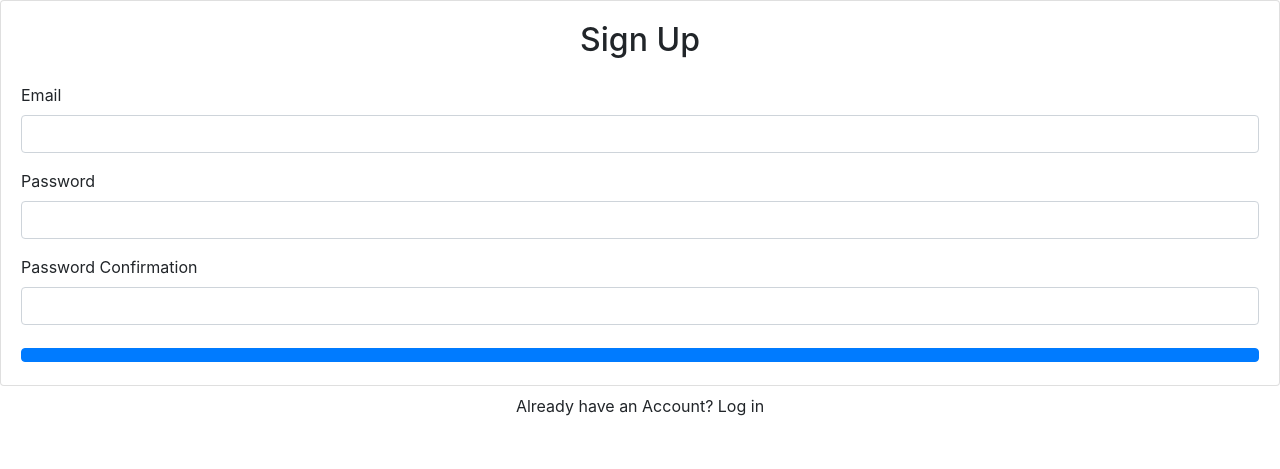
Repository: JonoBowenDev/firebase-tutorial
Page: /forgot-password
The author's editor kept a copy of each file at every save. The page is drawn from the files as they stood at one save, then again after the next save.
The browser window is 1280 px wide. The pictures show the whole page.
The project was rebuilt for these pictures with package versions that can differ from the ones it lists, and the page was loaded fresh each time.

Above is the page before, as saved 2021-03-11 13:48:56.

After the next save:
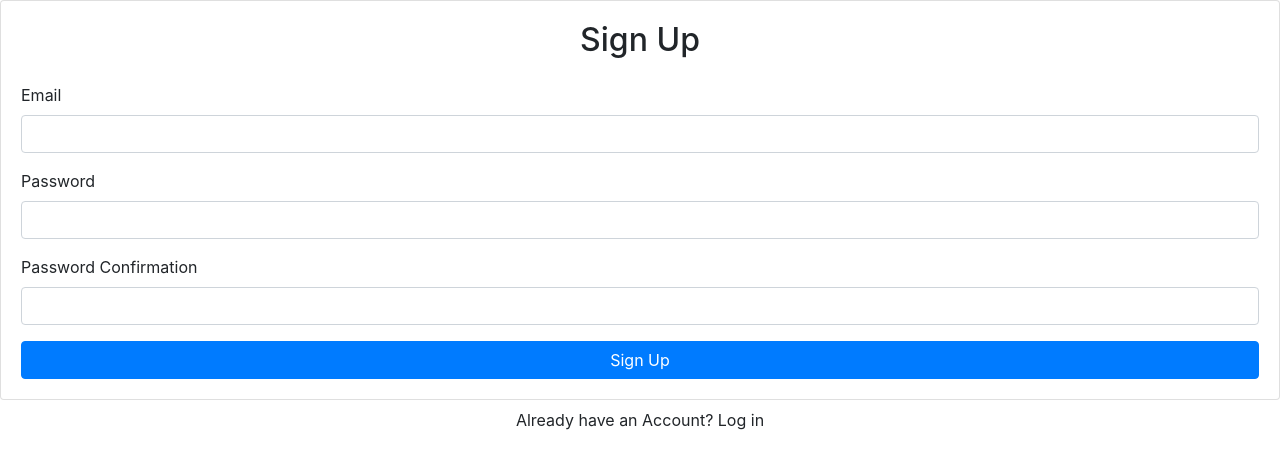
Saved 23 s later.
--- a/src/components/SignUp.js
+++ b/src/components/SignUp.js
@@ -25,7 +25,9 @@ export default function SignUp() {
                         <Form.Label>Password Confirmation</Form.Label>
                         <Form.Control type="password" ref={passwordConfirmRef} required />
                     </Form.Group>
-                    <Button className="w-100" type="submit" />
+                    <Button className="w-100" type="submit">
+                        Sign Up
+                    </Button>
                 </Form>
             </Card.Body>
         </Card>
